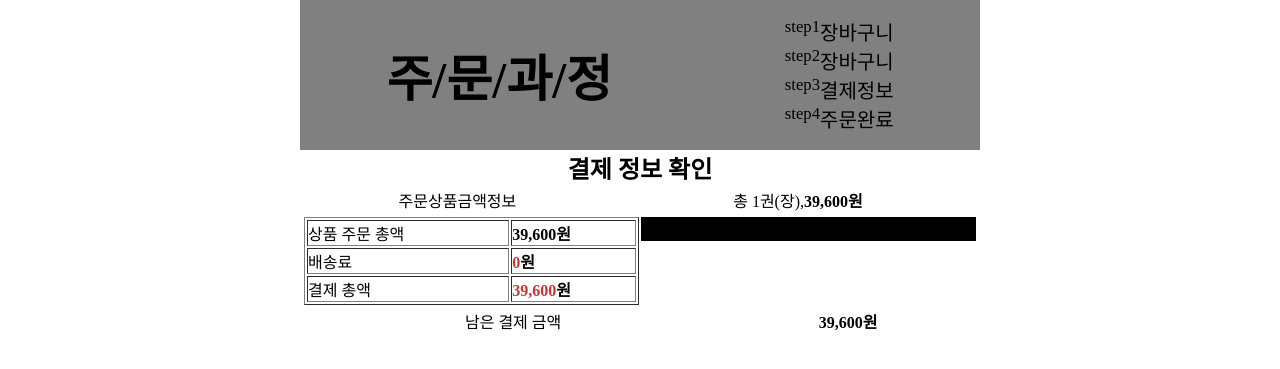
Repository: kym-1000/book
Page: http://localhost/book/WEB-INF/views/cart/pay.jsp
These files come from the project's save history. The page is drawn as it stood at one moment and after the next save; the edit follows.
The browser window is 1280 px wide. The pictures show the whole page.
The page is served by Tomcat 9. Nobody is signed in. Other server files are loaded and not shown. The template is opened directly, without the code that normally fills it, so the values that code supplies are empty.

Above is the page before, as saved 2023-01-02 07:44:48.

### book/book/src/main/webapp/WEB-INF/views/cart/pay.jsp
<%@ page language="java" contentType="text/html; charset=UTF-8"
    pageEncoding="UTF-8"%>
<!DOCTYPE html>
<html>
<head>
<meta charset="UTF-8">
<title>Insert title here</title>

<style type="text/css">
	*{
		margin: auto;
		padding: 0;
		}

	#pay{
		text-align: center;
		display : flex;
		align-items : center;

	}


</style>
</head>
<body>

	<jsp:include page="../cart/cartheader.jsp"></jsp:include>




	<h2 style="text-align: center;"> 결제 정보 확인</h2>

	<div id="pay">

	<form action="" method="post">

            <table width="670" border="0" cellpadding="2" cellspacing="1" class="step2_paytable1" style=" border-bottom:0px;">
              <tbody><tr>
                <td height="28" >주문상품금액정보</td>
                <td height="28">&nbsp;&nbsp; 총 <span ><span>1</span></span>권(장),<strong><span >39,600</span></font>원</strong></td>
              </tr>
            </tbody></table>
            <table >
              <tbody><tr>
                <td width="335" height="28" align="left" valign="top" class="td3">
                <table width="335" border="1">
                  <tbody>
                    <tr>
                      <td class="td1">상품 주문 총액  </td>
                      <td class="td2"><strong><span id="SubPay_Set_lblItemPrice">39,600</span></font>원</strong></td>
                    </tr>
                    <tr>
                      <td class="td1">배송료</td>
                      <td class="td2"><strong><font color="#cc3431"><span >0</span></font>원</strong></td>
                    </tr>
                    <tr>
                      <td class="td1">결제 총액</td>
                      <td class="td2"><strong><font color="#cc3431">39,600</font>원</strong></td>
                    </tr>

                  </tbody>
                </table>
                </td>
                <td width="335" height="28" align="left" valign="top" class="td4">

                <span id="curExchangeCashMoney" style="display:none;">0</span><span id="curEBookCashMoney" style="display:none;">0</span><span id="curSaveMoneyBranchEBook" style="display:none;">0</span><span id="curSaveMoneyBranchForeign" style="display:none;">0</span><span id="curSaveMoneyBranchUsed" style="display:none;">0</span><table width="335" border="0" cellpadding="0" cellspacing="0" bgcolor="0" class="step2_paytable3">
                  <tbody>
                    <tr>
                      <td class="td1">회원할인금액</td>
                      <td class="td2"><span id="SubPay_Set_lblcurCouponDC">0</span>원</td>
                    </tr>

                     <tr style="display:none;">
                      <td class="td1">할인 총액 </td>
                      <td class="td2"><span id="ResultDCPriceSum">0</span>원</td>
                    </tr>

                  </tbody>
                </table>
                </td>
                </tr>
            </tbody></table>
            <table width="670" border="0" cellpadding="0" cellspacing="0" class="step2_paytable1" style=" border-top:0px;">
              <tbody><tr>
                <td height="28" class="td5 popup">남은 결제 금액</td>
                <td height="28" class="td6"><strong><span >39,600</span></font>원</strong></td>
              </tr>
            </tbody></table>

		</form>

		</div>



</body>
</html>

### book/book/src/main/webapp/WEB-INF/views/cart/cartheader.jsp
<%@ page language="java" contentType="text/html; charset=UTF-8"
    pageEncoding="UTF-8"%>
<%@ taglib uri="http://java.sun.com/jsp/jstl/core" prefix="c" %>
<!DOCTYPE html>
<html>
<head>
<meta charset="UTF-8">
<title>Insert title here</title>
<style type="text/css">

	#pagetop{
		margin-left: 300px;
		margin-right: 300px;
	    background-color: grey;
	    font-size: 20px;
		height: 150px;
		display : flex;
	  	/* justify-content : center; */
	  	align-items : center;
	}

</style>
</head>
<body>


	<div id="pagetop">
		<h2 style="text-align: left; font-size: 50px">
			주/문/과/정
		</h2>
		<div style="text-align: right;">

		<c:choose >
		<c:when test="${msg eq 1}">
		<div style="color: red">
		<sup>step1</sup>장바구니
		</div>
		</c:when>
		<c:otherwise>
		<div>
		<sup>step1</sup>장바구니
		</div>
		</c:otherwise>
		</c:choose>

		<c:choose>
		<c:when test="${msg eq 2}">
		<div style="color: red">
		<sup>step2</sup>배송정보
		</div>
		</c:when>
		<c:otherwise>
		<div>
		<sup>step2</sup>장바구니
		</div>
		</c:otherwise>
		</c:choose>

		<c:choose>
		<c:when test="${msg eq 3}">
		<div style="color: red">
		<sup>step3</sup>결제정보
		</div>
		</c:when>
		<c:otherwise>
		<div>
		<sup>step3</sup>결제정보
		</div>
		</c:otherwise>
		</c:choose>

		<c:choose>
		<c:when test="${msg eq 4}">
		<div style="color: red">
		<sup>step4</sup>주문완료
		</div>
		</c:when>
		<c:otherwise>
		<div>
		<sup>step4</sup>주문완료
		</div>
		</c:otherwise>
		</c:choose>

		</div>
	</div>

</body>
</html>

After the next save:
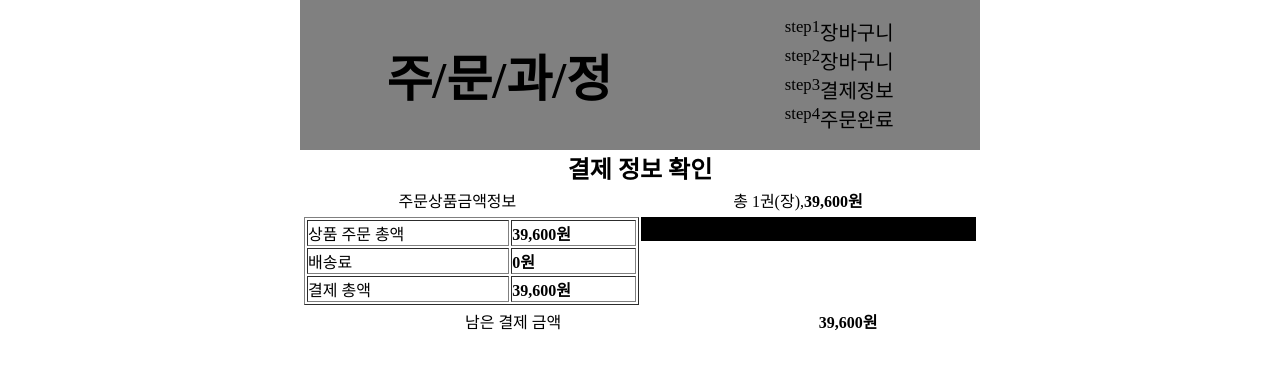
Saved 8 s later.
--- a/book/book/src/main/webapp/WEB-INF/views/cart/pay.jsp
+++ b/book/book/src/main/webapp/WEB-INF/views/cart/pay.jsp
@@ -52,11 +52,11 @@
                     </tr>
                     <tr>
                       <td class="td1">배송료</td>
-                      <td class="td2"><strong><font color="#cc3431"><span >0</span></font>원</strong></td>
+                      <td class="td2"><strong><span >0</span></font>원</strong></td>
                     </tr>
                     <tr>
                       <td class="td1">결제 총액</td>
-                      <td class="td2"><strong><font color="#cc3431">39,600</font>원</strong></td>
+                      <td class="td2"><strong>39,600</font>원</strong></td>
                     </tr>
 
                   </tbody>
